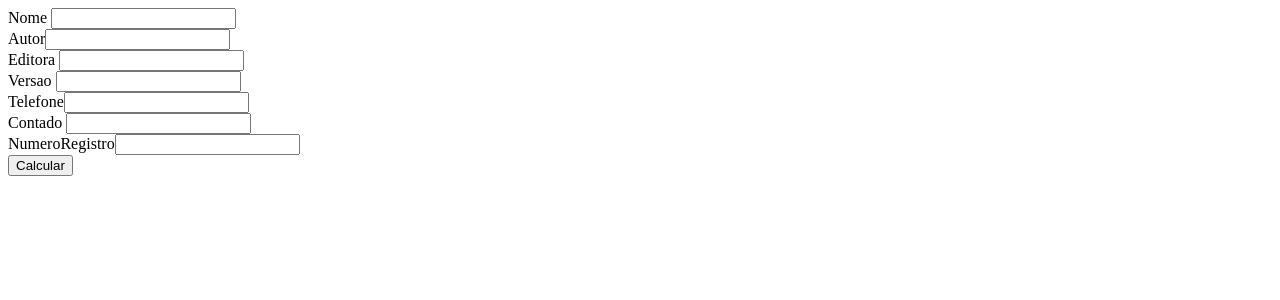
Repository: andersonsilvade/workspacejava
Page: WorkSpace/Lista1/WebContent/cadastro.html
An editor plug-in stored every save of this project. The page is shown before and after the next save, followed by the edit.
The browser window is 1280 px wide. The pictures show the whole page.

Above is the page before, as saved 2014-08-22 10:57:59.

After the next save:
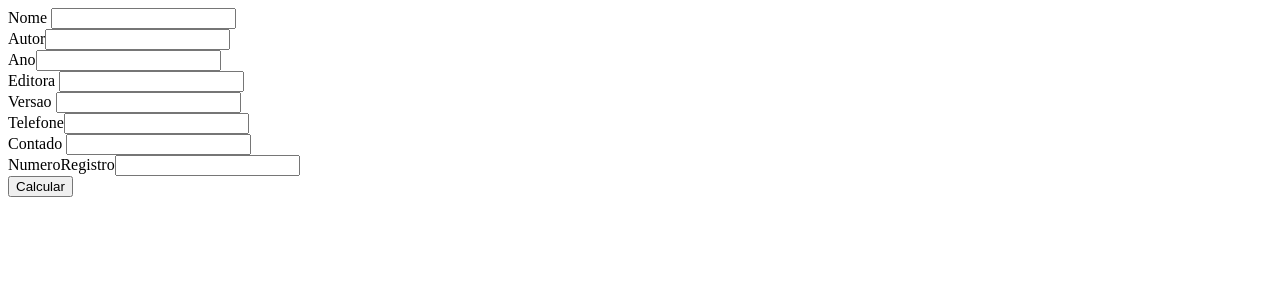
Saved 2 min 11 s later.
--- a/WorkSpace/Lista1/WebContent/cadastro.html
+++ b/WorkSpace/Lista1/WebContent/cadastro.html
@@ -8,7 +8,9 @@
 <form action="cl" method = "post">
 Nome <input type = "text" name = "nome"/>
 </br>
-Autor<input type = "text" name = "ano"/>
+Autor<input type = "text" name = "autor"/>
+</br>
+Ano<input type = "text" name = "ano"/>
 </br>
 Editora <input type = "text" name = "editora"/>
 </br>
